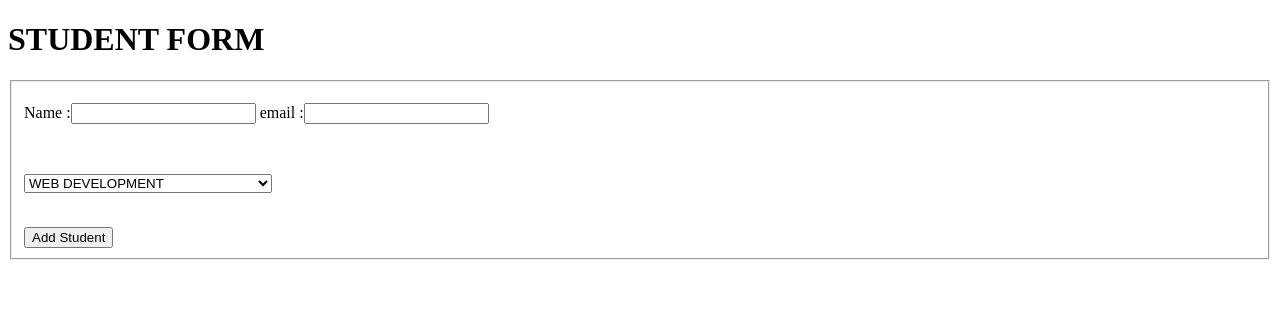
Repository: PrassanAchhaiyya/LearnersAcademy
Page: LearnersAcademy/src/main/webapp/add-student.html
An editor plug-in stored every save of this project. The page is shown before and after the next save, followed by the edit.
The browser window is 1280 px wide. The pictures show the whole page.

Above is the page before, as saved 2022-04-28 10:36:38.

### LearnersAcademy/src/main/webapp/add-student.html
<!DOCTYPE html>
<html>
<head>
<meta charset="ISO-8859-1">
<title>Insert title here</title>
</head>
<body>
<h1>STUDENT FORM</h1>
<form action="add-student" method="post">
<fieldset>
<p>
Name  :<input type="text" name="name" id="name"/>
email :<input type="text" name="email" id="email"/>
</p>
<br>
<p>
<select name="class">
			<option value="1">WEB DEVELOPMENT</option>
			<option value="2">CORE COMPUTER PROGRAMMING</option>
			<option value="3">PROGRAMMING LANGUAGES</option>
		</select>
</p>
<br>
<input type="submit" value="Add Student">
</fieldset>
</form>
</body>
</html>

After the next save:
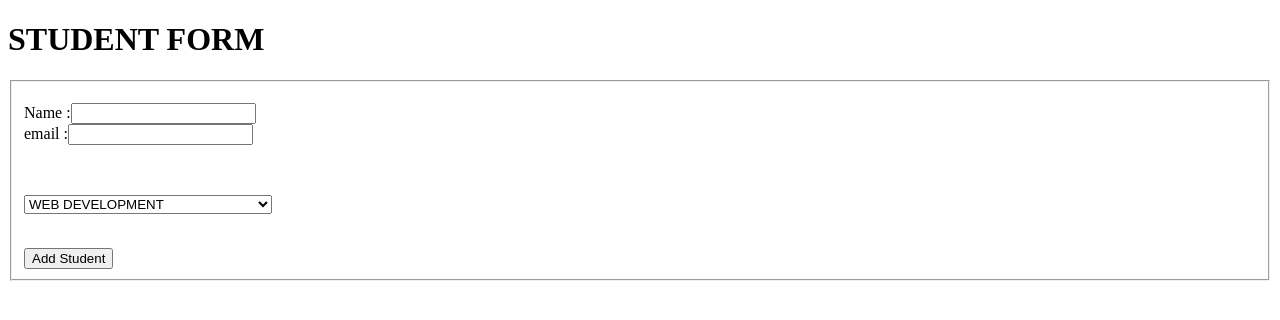
Saved 1 s later.
--- a/LearnersAcademy/src/main/webapp/add-student.html
+++ b/LearnersAcademy/src/main/webapp/add-student.html
@@ -9,15 +9,15 @@
 <form action="add-student" method="post">
 <fieldset>
 <p>
-Name  :<input type="text" name="name" id="name"/>
+Name  :<input type="text" name="name" id="name"/><br>
 email :<input type="text" name="email" id="email"/>
 </p>
 <br>
 <p>
 <select name="class">
 			<option value="1">WEB DEVELOPMENT</option>
-			<option value="2">CORE COMPUTER PROGRAMMING</option>
-			<option value="3">PROGRAMMING LANGUAGES</option>
+			<option value="7">CORE COMPUTER PROGRAMMING</option>
+			<option value="13">PROGRAMMING LANGUAGES</option>
 		</select>
 </p>
 <br>
